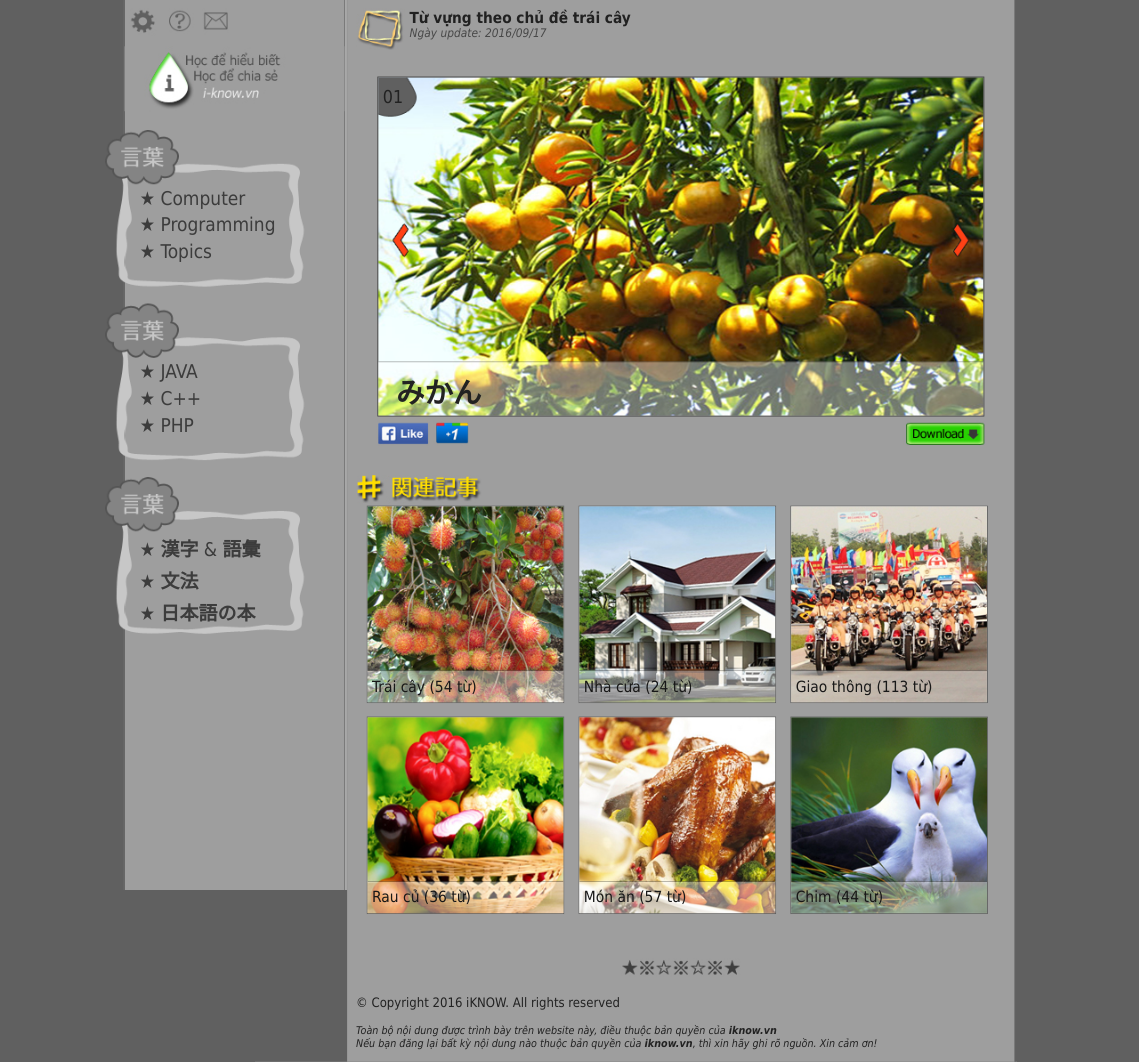
Repository: ruanonglam/_workspace
Page: Web Design/iknow.vn/WebContent/cotoba-view.html
These files come from the project's save history. The page is drawn as it stood at one moment and after the next save; the edit follows.
The browser window is 1280 px wide. The pictures show the whole page, at 89% of full size.

Above is the page before, as saved 2016-09-18 05:57:33.

### Web Design/iknow.vn/WebContent/cotoba-view.html
<!DOCTYPE html PUBLIC "-//W3C//DTD HTML 4.01 Transitional//EN" "http://www.w3.org/TR/html4/loose.dtd">
<html>
<head>
<meta http-equiv="Content-Type" content="text/html; charset=UTF-8">
<link rel="icon" type="image/png" href="_img/body/iknow-favorite.png" />
<link rel="stylesheet" type="text/css" href="_css/main.css">
<title>iknow - Từ vựng &bull; Trái cây</title>
<body>
<div id="main_frame">
	<div id="main_body">
		<!-- LEFT -->
		<div id="left_frame">
			<!-- .:Toolbar:. -->
			<div id="left_toolbar">
				<ul id="left_toolbar">
					<li><img alt="Setting" src="_img/body/left-setting-icon.png"></li>
					<li><img alt="About iknow.vn" src="_img/body/left-help-icon.png"></li>
					<li><img alt="Contact" src="_img/body/left-mail-icon.png"></li>
				</ul>
			</div>

			<!-- .:Logo:. -->
			<a href="#" id="logo"><img alt="iknow.vn" src="_img/body/iknow-logo.png"></a>

			<!-- .:Menu1:. -->
			<div class="left_menu">
				<ul>
					<li><a href="#">★ Computer</a></li>
					<li><a href="#">★ Programming</a></li>
					<li><a href="#">★ Topics</a></li>
				</ul>
			</div>

			<!-- .:Menu2:. -->
			<div class="left_menu">
				<ul>
					<li><a href="#">★ JAVA</a></li>
					<li><a href="#">★ C++</a></li>
					<li><a href="#">★ PHP</a></li>
				</ul>
			</div>

			<!-- .:Menu3:. -->
			<div class="left_menu">
				<ul>
					<li><a href="#">★ <b>漢字</b> & <b>語彙</b></a></li>
					<li><a href="#">★ <b>文法</b></a></li>
					<li><a href="#">★ <b>日本語の本</b></a></li>
				</ul>
			</div>

		</div>


		<!-- RIGHT -->
		<div id="right_frame">
			<!-- .:Topic:. -->
			<div id="right_topic">
				<h3>Từ vựng theo chủ đề trái cây</h3>
				<i>Ngày update: 2016/09/17</i>
			</div>

			<!-- .:Vocabulary Show:. -->
			<div id="right_vocab_show">
				<!-- .:Action:. -->
				<div id="right_vocab_action">
					<!-- Left Row -->
					<div id="right_row_left">
						<!-- .:Number:. -->
						<div id="right_vocab_number">01</div>
						<div class="right_row-action">
							<a href="#"><img alt="view-vocabulary" src="_img/body/right-vocab-row-left.png"></a>
						</div>
					</div>
					<!-- Right Row -->
					<div id="right_row_right">
						<div class="right_row-action" id="right_row-action_right">
							<a href="#"><img alt="view-vocabulary" src="_img/body/right-vocab-row-right.png"></a>
						</div>
					</div>
				</div>

				<!-- .:Show vocabulary:. -->
				<h3 id="right_vocab_text">みかん</h3>
				<div id="right_vocab_detail"></div>
			</div>

			<!-- .:Vocabulary toolbar:. -->
			<div id="right_vocab_tool">
				<ul id="left">
					<li><a href="#"><img alt="Facebook liked" src="_img/body/toolbar-facebook.png"></a></li>
					<li><a href="#"><img alt="Google+" src="_img/body/toolbar-google.png"></a></li>
				</ul>

				<ul id="right">
					<li><a href="#"><img alt="Download" src="_img/body/toolbar-download.png"></a></li>
				</ul>
			</div>

			<!-- .:Relate Vocabulary:. -->
			<div id="right_vocab_relate_title"></div>

			<!-- .:Relate Topic Show:. -->
			<!-- .:Line-1:. -->
			<div id="right_vocab_relate_line">
				<div class="right_relate_item">
					<a href="#">
						<img alt="Vocabulary" src="_img/sample/traicay/_thumb_traicay.jpg">
						<div id="_title"></div>
						<font>Trái cây (54 từ)</font>
					</a>
				</div>
				<div class="right_relate_item">
					<a href="#"><img alt="Vocabulary" src="_img/sample/nhacua/_thumb_nhacua.jpg"></a>
					<div id="_title"></div>
					<font>Nhà cửa (24 từ)</font>
				</div>
				<div class="right_relate_item">
					<a href="#"><img alt="Vocabulary" src="_img/sample/giaothong/_thumb_giaothong.jpg"></a>
					<div id="_title"></div>
					<font>Giao thông (113 từ)</font>
				</div>
			</div>

			<!-- .:Line-2:. -->
			<div id="right_vocab_relate_line">
				<div class="right_relate_item">
					<a href="#"><img alt="Vocabulary" src="_img/sample/raucu/_thumb_raucu.jpg"></a>
					<div id="_title"></div>
					<font>Rau củ (36 từ)</font>
				</div>
				<div class="right_relate_item">
					<a href="#"><img alt="Vocabulary" src="_img/sample/monan/_thumb_monan.jpg"></a>
					<div id="_title"></div>
					<font>Món ăn (57 từ)</font>
				</div>
				<div class="right_relate_item">
					<a href="#"><img alt="Vocabulary" src="_img/sample/chim/_thumb_chim.jpg"></a>
					<div id="_title"></div>
					<font>Chim (44 từ)</font>
				</div>
			</div>

			<!-- .:Footer:. -->
			<div id="footer">
				© Copyright 2016 iKNOW. All rights reserved<br/><br/>
				<i>
					Toàn bộ nội dung được trình bày trên website này, điều thuộc bản quyền của <b>iknow.vn</b>
					<br/>Nếu bạn đăng lại bất kỳ nội dung nào thuộc bản quyền của <b>iknow.vn</b>, thì xin hãy ghi rõ nguồn. Xin cảm ơn!
				</i>
			</div>
		</div>
	</div>
</div>

</head>
<body>

</body>
</html>

### Web Design/iknow.vn/WebContent/_css/main.css
*{
	padding: 0;
	margin: 0;
}
body{
	background: #606060;
	font-family: Tahoma, "Times New Roman", Arial, "MS PMincho","MS Gothic";
	font-size: 11pt;
	color: #222222;
}
a img{
	border: none;
	text-decoration: none;
}

div#main_frame{
	margin: auto;
	width: 1200px;
	height: auto;
}

div#main_body{
	margin: auto;
	width: 1002px;
	height: auto;
	border: 1px solid #454545;
	border-bottom: none;
	border-top: none;
	background: #9E9E9E;
}

/**********************************************************/
/**********************************************************/
/**********************************************************/
/**********************************************************/
/**********************************************************/
/**********************************************************/
div#left_frame{
	float: left;
	width: 250px;
	min-height: 1000px;
	height: auto;
	border-left: 1px solid #454545;
	background: #9E9E9E url("../_img/body/left-body-bg.png") repeat-y;
}

div#left_toolbar{
	display: block;
	height: 32px;
	margin-top: 10px;
	margin-bottom: 10px;
}
ul#left_toolbar li{
	display: inline-block;
	margin-left: 5px;
}

a#logo{
	display: block;
	margin-bottom: 20px;
}


div.left_menu{
	display: block;
	position: relative;
	left: -23px;
	width: 190px;
	height: 115px;
	margin-bottom:15px;
	padding-left: 40px;
	padding-top: 65px;
	background: url("../_img/body/left-menu-group-bg.png");
}
div.left_menu ul li{
	display: block;
	color: #3C3C3C;
	font-size: 16pt;
	margin-bottom: 5px;
}
div.left_menu ul li a{
	text-decoration: none;
	color: #3C3C3C;
}
div.left_menu ul li a:HOVER{
	color: #FFFFFF;
}


/**********************************************************/
/**********************************************************/
/**********************************************************/
/**********************************************************/
/**********************************************************/
/**********************************************************/
div#right_frame{
	float: right;
	width: 730px;
	padding: 10px;
	min-height: 980px;
	border-right: 1px solid #454545;
	background: #9E9E9E;
}

div#right_topic{
	display: block;
	width: 670px;
	height: 46px;
	padding-left: 60px;
	margin-bottom: 30px;
	background: url("../_img/body/right-topic-icon.png") no-repeat;
}
div#right_topic h3{
	color: #212121;
}
div#right_topic i{
	color: #484848;
	font-size: 10pt;
}

div#right_vocab_show{
	display: block;
	width: 680px;
	height: 380px;
	margin: auto;
	border: 1px solid #454545;
	background: url("../_img/sample/traicay/1.jpg");
}
div#right_vocab_action{
	display: block;
	width: 100%;
	height: 320px;
}
div#right_vocab_detail{
	display: block;
	position: relative;
	bottom: 1px;
	width: 100%;
	height: 60px;
	opacity: 0.4;
    filter: alpha(opacity=40);
	background: #FFFFFF;
	border-top: 1px solid #454545;
}
div#right_row_left{
	float: left;
	width: 50px;
	height: 100%;
	background: url("../_img/body/right-vocab-num.png") no-repeat;
}
div.right_row-action{
	margin-top: 110px;
}
div#right_row-action_right{
	margin-top: 160px;
}
div#right_vocab_number{
	width: 45px;
	height: 40px;
	padding-top: 10px;
	padding-left: 5px;
	font-size: 15pt;
}
div#right_row_right{
	float: right;
	width: 50px;
	height: 100%;
}

h3#right_vocab_text{
	display: block;
	position: absolute;
	z-index: 1;
	width: 660px;
	height: 51px;
	font-size: 24pt;
	padding-left: 20px;
	padding-top: 7pt;
}

div#right_vocab_tool{
	clear: both;
	display: block;
	width: 684px;
	height: 45px;
	padding-top: 5px;
	margin-top: 15px;
	margin: auto;
}
div#right_vocab_tool ul#left{
	float: left;
}
div#right_vocab_tool ul#right{
	float: right;
}
div#right_vocab_tool ul li{
	display: inline-block;
}


/***/
div#right_vocab_relate_title{
	display: block;
	width: 100%;
	height: 35px;
	margin-top: 15px;
	background: url("../_img/body/right-topic-relate.png") no-repeat;
}

/***/
div#right_vocab_relate_line{
	display: block;
	width: 718px;
	height: 222px;
	padding-left: 12px;
	margin-bottom: 15px;
}

div.right_relate_item{
	float: left;
	width: 220px;
	height: 220px;
	margin-right: 16px;
	border: 1px solid #5F5F5F;
	background: #C7C7C7;
}
div.right_relate_item a{
	text-decoration: none;
}
div.right_relate_item div#_title{
	position: relative;
	width: 100%;
	height: 35px;
	margin-top: -36px;
	z-index: 1;
	opacity: 0.4;
    filter: alpha(opacity=40);
    border-top: 1px solid #454545;
    background: #FFFFFF;
}
div.right_relate_item font{
	display: block;
	position: relative;
	width: 215px;
	height: 28px;
	margin-top: -35px;
	z-index: 1000;
	font-size: 13pt;
	padding-top: 7px;
	padding-left: 5px;
	color: #181818;
}


/**********************************/
div#footer{
	display: block;
	position: static;
	width: 730px;
	height: 66px;
	margin-top: 50px;
	padding-top: 40px;
	bottom: 0;
	background:url("../_img/body/footer-bg.png") no-repeat center top;
}
div#footer i{
	font-size: 9pt;
}

After the next save:
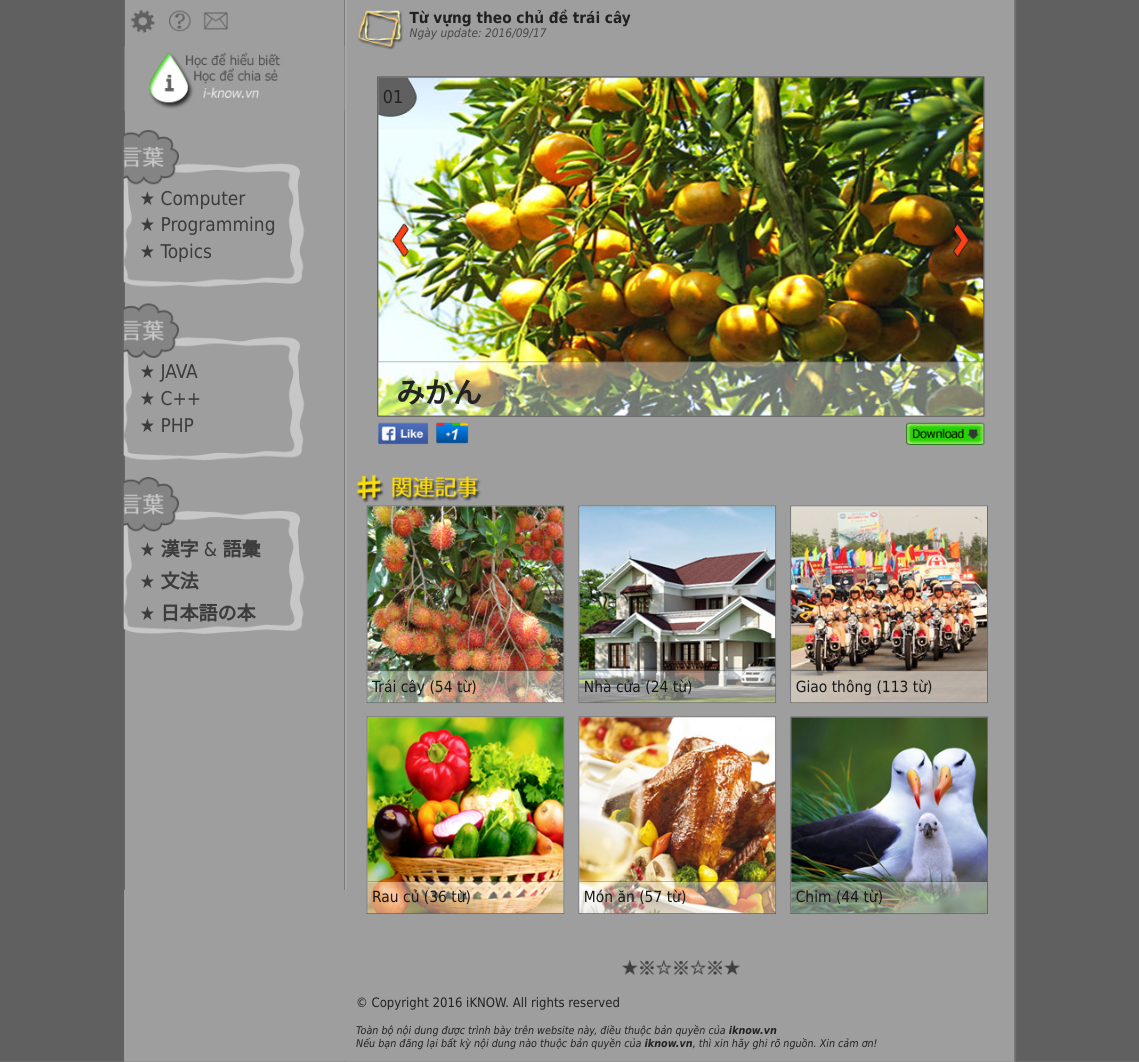
Saved 11 min 43 s later.
--- a/Web Design/iknow.vn/WebContent/_css/main.css
+++ b/Web Design/iknow.vn/WebContent/_css/main.css
@@ -27,6 +27,7 @@ div#main_body{
 	border-bottom: none;
 	border-top: none;
 	background: #9E9E9E;
+	overflow: hidden;
 }
 
 /**********************************************************/
